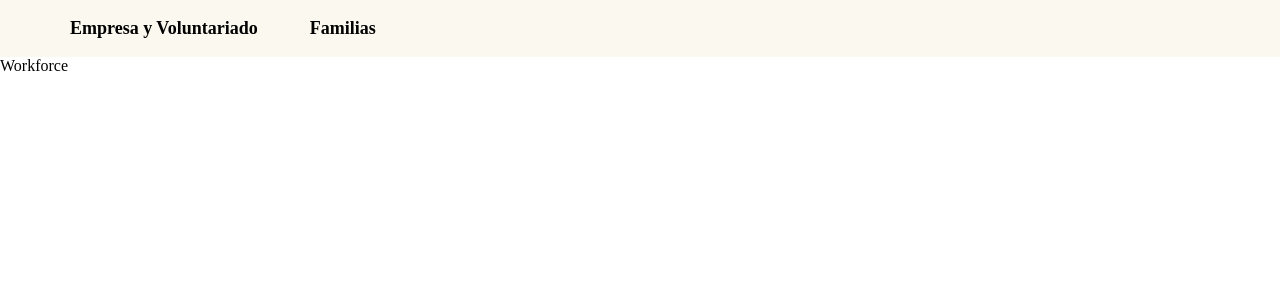
Repository: Synergy-club/reconstruction
Page: /
These files come from the project's save history. The page is drawn as it stood at one moment and after the next save; the edit follows.
The browser window is 1280 px wide. The pictures show the whole page.
The project was rebuilt for these pictures with package versions that can differ from the ones it lists, and the page was loaded fresh each time. Also part of the build but not shown: vite.config.js, src/views/Families/Families.jsx.

Above is the page before, as saved 2024-12-10 01:26:01.

### index.html
<!DOCTYPE html>
<html lang="en">
  <head>
    <meta charset="UTF-8" />
    <link rel="icon" type="image/svg+xml" href="/vite.svg" />
    <meta name="viewport" content="width=device-width, initial-scale=1.0 user-scalable=no" />
    <meta name="description" content="Agrupación de profesionales de primer nivel de los sectores de la logística, arquitectura y construcción unidos para gestionar y coordinar los esfuerzos de reconstrucción tras las inundaciones. Garantizando la trazabilidad y transparencia de las donaciones.
      La emisión de certificados inmediatos de donaciones así como los reconocimientos al voluntariado se harán bajo el paraguas de Fundación Synergy Club internacional, una plataforma abierta que suma acciones de asociaciones y fundaciones. Siempre y todas ellas sin ninguna vinculación política y sin ánimo de lucro.
      Esta iniciativa está abierta a todos los profesionales, voluntarios y héroes vecinales que necesitan o pueden aportar recursos eficientes y de calidad para la reconstrucción.
      Nos apoyamos y promovemos las agrupaciones improvisadas de vecinos de las zonas afectadas por la catástrofe que han reaccionado y son un referente de ayuda inmediata y conocimiento real de las situaciones de sus vecinos."
    />
    <meta name="author" content="Synergy Clubs International" />
    <title>Reconstrucción Valencia</title>
  </head>
  <body>
    <div id="root"></div>
    <script type="module" src="/src/main.jsx"></script>
  </body>
</html>

### src/main.jsx
import { StrictMode } from 'react'
import { createRoot } from 'react-dom/client'
import { BrowserRouter } from 'react-router-dom'
import './assets/global-style/style.css'
import App from './App.jsx'
import { ReducerProvider } from './contexts/ReducerContext.jsx'
import { ReferenceProvider } from './contexts/ReferenceContext.jsx'

createRoot(document.getElementById('root')).render(
  <StrictMode>
    <BrowserRouter>
      <ReducerProvider>
        <ReferenceProvider>
          <App />
        </ReferenceProvider>
      </ReducerProvider>
    </BrowserRouter>
  </StrictMode>
)

### src/assets/global-style/style.css
:root {
  /* BACKGROUND COLOR */
  --sci-bg-dark: #222222;
  --sci-bg-white: #ffffff;
  --sci-primary-blue: #78b3ce;
  --sci-light-blue: #c9e6f0;
  --sci-light-cream: #fbf8ef;
  --sci-accent-orange: #f96e2a;

  /*FONT*/
  --sci-font-main: sans-serif;

  /*COLOR TEXT*/
  --sci-text-dark: #222222;
  --sci-text-white: #ffffff;
  --sci-text-orange: #f96e2a;

  /*SPACING AND ROUNDED*/
  --sci-spacing-xs: 8px;
  --sci-spacing-s: 12px;
  --sci-spacing-m: 16px;
  --sci-spacing-l: 24px;
  --sci-spacing-xl: 48px;

  /*FONT SIZE*/
  --sci-font-size-xs: 12px;
  --sci-font-size-s: 16px;
  --sci-font-size-m: 18px;
  --sci-font-size-l: 22px;
  --sci-font-size-xl: 28px;
}
* {
  margin: 0;
  padding: 0;
  box-sizing: border-box;
  font-family:serif;
}

html {
  scroll-behavior: smooth;
}
h1,
h2,
h3,
h4,
h5 {
  font-size: var(--sci-font-size-xl);
}
p,
button,
li {
  font-size: var(--sci-font-size-m);
}

ul {
  list-style-type: disc;
  padding-left: 20px;
}
a {
  text-decoration: none;
}
button {
  cursor: pointer;
  background: none;
  padding: var(--sci-spacing-xs) var(--sci-spacing-s);
  border: none;
  transition: all 0.3s ease-in-out;
  display: flex;
  justify-content: center;
  align-items: center;
  gap: 8px;
  font-weight: 600;
}

button:hover {
  transform: scale(0.98);
}

@keyframes fadeInUp {
  0% {
    opacity: 0;
    transform: translateY(20px);
  }
  100% {
    opacity: 1;
    transform: translateY(0);
  }
}

.fadeIn {
  opacity: 1;
  animation: fadeInUp 0.5s ease-in;
}

@keyframes show {
  from {
    opacity: 0;
    scale: 50%;
  }
  to {
    opacity: 1;
    scale: 100%;
  }
}

@media (max-width: 850px) {
  h1,
  h2,
  h3,
  h4,
  h5 {
    font-size: var(--sci-font-size-xl);
  }

  button,
  li,
  p {
    font-size: var(--sci-font-size-s);
    line-height: 20px;
  }
}

@media (max-width: 400px) {
  h1,
  h2,
  h3,
  h4,
  h5 {
    font-size: var(--sci-font-size-xl);
  }
  li,
  button,
  a {
    font-size: var(--sci-font-size-s);
  }
  p {
    font-size: 14px;
  }
}

### src/App.jsx
import { Route, Routes } from 'react-router-dom'
import Layout from './layout/Layout'
import Workforce  from './views/Workforce/Workforce '
import Families from './views/Families/Families'
import NotFound from './views/404/NotFound'

const App = () => {
  return (
    <Routes>
      <Route path='/' element={<Layout />}>
        <Route index element={<Workforce  />} />
        <Route path='familias' element={<Families />} />
        {/*ERROR LINK*/}
        <Route path='*' element={<NotFound />} />
        <Route />
      </Route>
    </Routes>
  )
}

export default App

### src/contexts/ReducerContext.jsx
import { createContext } from 'react'

export const ReducerContext = createContext()
export const ReducerProvider = ({children}) => {
  return (
    <ReducerContext.Provider value={{}}>{ children }</ReducerContext.Provider>
  )
}

### src/contexts/ReferenceContext.jsx
import { createContext } from 'react'

export const ReferenceContext = createContext()

export const ReferenceProvider = ({ children }) => {
  return <ReferenceContext.Provider value={{}}>{children}</ReferenceContext.Provider>
}

### src/layout/Layout.jsx

import { Fragment } from 'react'
import { Outlet } from 'react-router-dom'
import Header from '../components/Header/Header'

const Layout = () => {
  return (
    <Fragment>
    <header><Header /></header>
    <div>
      <Outlet />

    </div>
    </Fragment>
  )
}

export default Layout

### src/views/Workforce/Workforce .jsx
const Workforce = () => {
  return <div>Workforce </div>
}

export default Workforce

### src/views/404/NotFound.jsx
import React, { useEffect } from 'react'
import { useNavigate } from 'react-router-dom'

const NotFound = () => {
  const navigate = useNavigate()
  useEffect(() => {
    const timeout = setTimeout(() => {
      navigate('../')
    }, 300)
    return () => clearTimeout(timeout)
  }, [navigate])
}

export default NotFound

### src/components/Header/Header.jsx
import { Link } from 'react-router-dom'
import './Header.css'

const Header = () => {
  return (
    <nav className='nav__container'>
      <button className='nav__content-link'>
        <Link to='/' />
        Empresa y Voluntariado
      </button>
      <button className='nav__content-link'>
        <Link to='familias' />
        Familias
      </button>
    </nav>
  )
}

export default Header

### src/components/Header/Header.css
.nav__container{
  width:100%;
  padding: 10px 50px;
  background-color: var(--sci-light-cream);
  display: flex;
  justify-content: start;
  align-items: center;
  gap:20px;
}

After the next save:
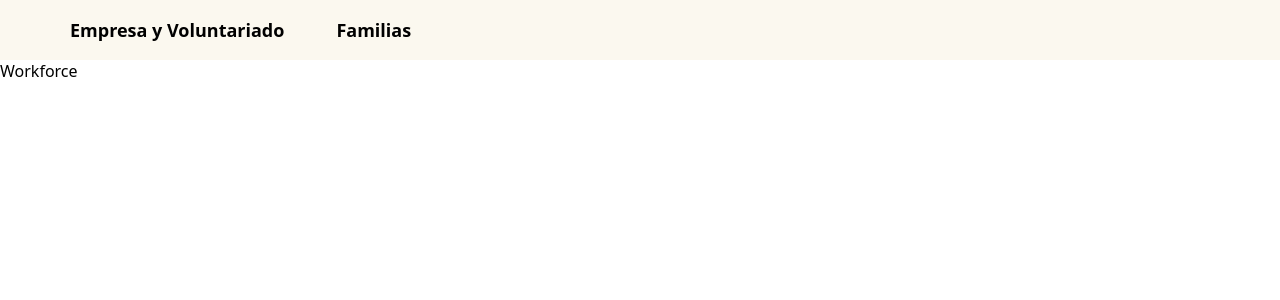
Saved 8 s later.
--- a/src/assets/global-style/style.css
+++ b/src/assets/global-style/style.css
@@ -33,7 +33,7 @@
   margin: 0;
   padding: 0;
   box-sizing: border-box;
-  font-family:serif;
+  font-family:system-ui, -apple-system, BlinkMacSystemFont, 'Segoe UI', Roboto, Oxygen, Ubuntu, Cantarell, 'Open Sans', 'Helvetica Neue', sans-serif;
 }
 
 html {
